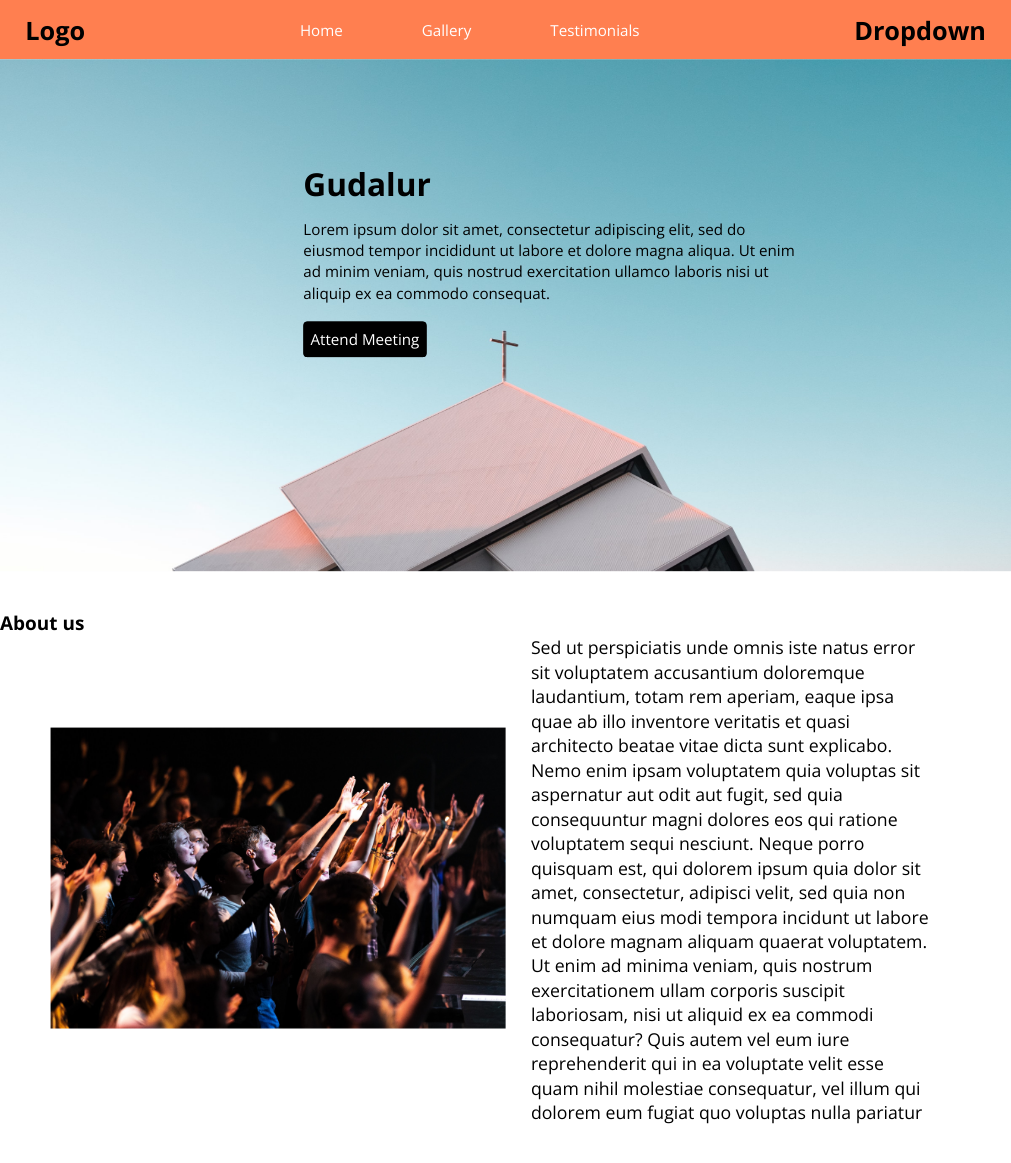
Repository: Imprasna/church
Page: index.html
An editor plug-in stored every save of this project. The page is shown before and after the next save, followed by the edit.
The browser window is 1280 px wide. The pictures show the whole page, at 79% of full size.

Above is the page before, as saved 2022-01-18 23:16:35.

### index.html
<!DOCTYPE html>
<html lang="en">
<head>
    <meta charset="UTF-8">
    <meta http-equiv="X-UA-Compatible" content="IE=edge">
    <meta name="viewport" content="width=device-width, initial-scale=1.0">
    <link rel="stylesheet" href="style.css">
    <title>church 1</title>
</head>
<body>
    <header>
        <div class="logo">
            <h1>Logo</h1>
        </div>

        <nav>
            <a href="#">Home</a>
            <a href="#">Gallery</a>
            <a href="#">Testimonials</a>
        </nav>

        <div class="dropdown">
            <h1>Dropdown</h1>
        </div>
    </header>

    <main>
        <section>
            <div class="hero_sec">
                <img src="images/banner_c1.jpg" alt="">
                <div class="hero_texts">
                    <h1>Gudalur</h1>
                    <p>Lorem ipsum dolor sit amet, consectetur adipiscing elit, sed do eiusmod tempor incididunt ut labore et dolore magna aliqua. Ut enim ad minim veniam, quis nostrud exercitation ullamco laboris nisi ut aliquip ex ea commodo consequat.</p>
                    <a href="#" class="cta">Attend Meeting</a>
                </div>
            </div>
        </section>

        <section>
            <div class="about_sec">
                <h1>About us</h1>

                <div class="about_whole">
                    <div class="about_left">
                        <img src="images/about_sec.png" alt="">
                    </div>
                    <div class="about_right">
                        <p>Sed ut perspiciatis unde omnis iste natus error sit voluptatem accusantium doloremque laudantium, totam rem aperiam, eaque ipsa quae ab illo inventore veritatis et quasi architecto beatae vitae dicta sunt explicabo. Nemo enim ipsam voluptatem quia voluptas sit aspernatur aut odit aut fugit, sed quia consequuntur magni dolores eos qui ratione voluptatem sequi nesciunt. Neque porro quisquam est, qui dolorem ipsum quia dolor sit amet, consectetur, adipisci velit, sed quia non numquam eius modi tempora incidunt ut labore et dolore magnam aliquam quaerat voluptatem. Ut enim ad minima veniam, quis nostrum exercitationem ullam corporis suscipit laboriosam, nisi ut aliquid ex ea commodi consequatur? Quis autem vel eum iure reprehenderit qui in ea voluptate velit esse quam nihil molestiae consequatur, vel illum qui dolorem eum fugiat quo voluptas nulla pariatur</p>
                    </div>
                </div>
            </div>
        </section>


    </main>

    <footer></footer>

    <script src="app.js"></script>
</body>
</html>

### style.css
@import url('https://fonts.googleapis.com/css2?family=Open+Sans:ital,wght@0,300;0,400;0,500;0,600;0,700;1,800&display=swap');

* {
    margin: 0;
    padding: 0;
    box-sizing: border-box;
}

:root {
    --primary-color: #fff;
    --secondary-color: #000;
}

html {
    scroll-behavior: smooth;
}

body {
    font-family: 'Open Sans', sans-serif;
}

header {
    width: 100%;
    padding: 1rem 2rem;
    background: coral;
    display: flex;
    justify-content: space-between;
    align-items: center;
}

nav > a {
    margin-right: 3rem;
    margin-left: 3rem;
    text-decoration: none;
    color: var(--primary-color);
    font-size: 1.2rem;
}

.hero_sec {
    height: 90vh;
    width: 100%;
    position: relative;
}

.hero_sec > img {
    width: 100%;
    height: 100%;
    object-fit: fill;
}

.hero_texts {
    position: absolute;
    top: 20%;
    left: 30%;
    width: 50%;
}

.hero_texts > h1 {
    font-size: 2.5rem;
    font-weight: 800;
    margin-bottom: 1rem;
}

.hero_texts > p {
    font-size: 1.2rem;
    margin-bottom: 2rem;
}

.cta {
    font-size: 1.2rem;
    padding: .5rem .5rem;
    text-decoration: none;
    border: 1px solid #000;
    border-radius: 5px;
    background: var(--secondary-color);
    color: var(--primary-color);
    transition: all .5s;
}

.cta:hover {
    background: transparent;
    border: 1px solid var(--secondary-color);
    color: var(--secondary-color);
}

.about_sec {
    height: 100%;
    width: 100%;
    padding: 3rem 0;
}

.about_whole {
    width: 90%;
    height: 100%;
    display: flex;
    align-items: center;
    margin: 0 auto;
}

.about_left, .about_right {
    width: 50%;
    height: 100%;
}

.about_left > img {
    width: 100%;
    height: 100%;
}

.about_right {
    padding: 0 2rem;
}

.about_right > p {
    font-size: 1.4rem;
}

Loaded but not shown: app.js (no copy from this time; the picture is the same without it)

After the next save:
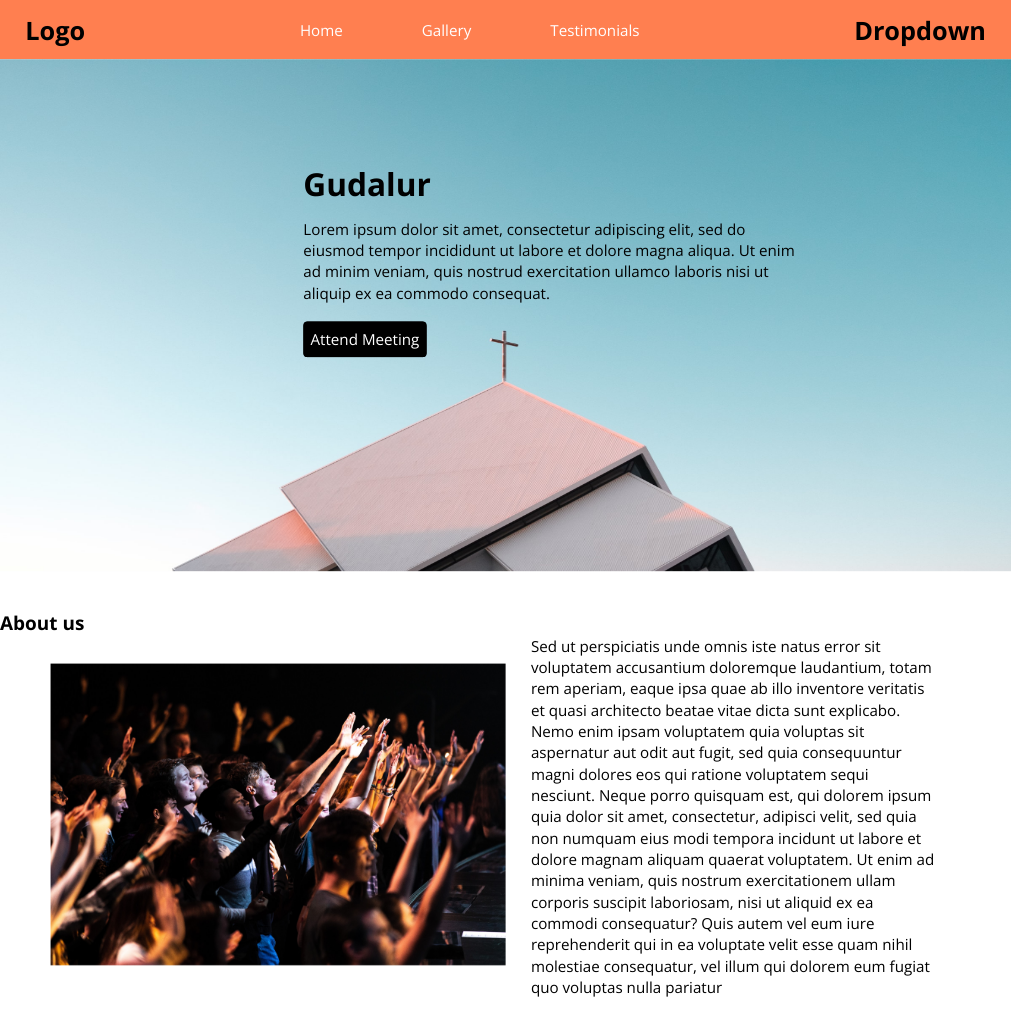
Saved 4 s later.
--- a/style.css
+++ b/style.css
@@ -112,5 +112,5 @@ nav > a {
 }
 
 .about_right > p {
-    font-size: 1.4rem;
+    font-size: 1.2rem;
 }
